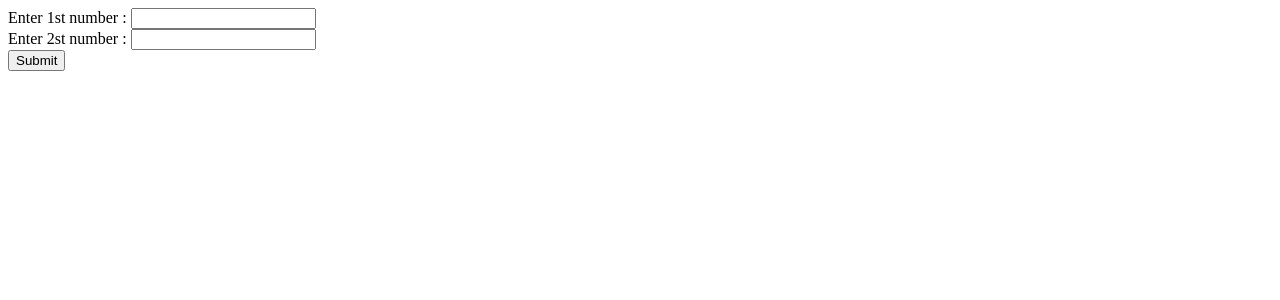
Repository: anupmistry93/ServletJsp
Page: Demo/WebContent/Page.html
These files come from the project's save history. The page is drawn as it stood at one moment and after the next save; the edit follows.
The browser window is 1280 px wide. The pictures show the whole page.

Above is the page before, as saved 2019-05-11 14:51:07.

After the next save:
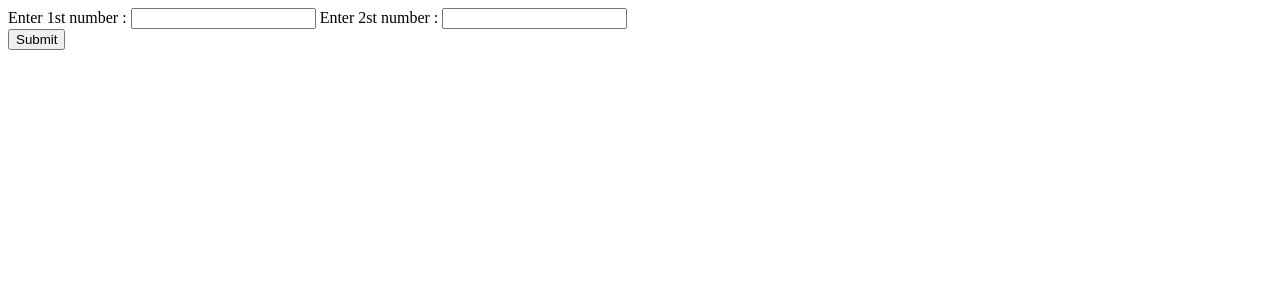
Saved 3 min 49 s later.
--- a/Demo/WebContent/Page.html
+++ b/Demo/WebContent/Page.html
@@ -4,7 +4,7 @@
 <body>
   <form action= "add" method = "post">
 
-     Enter 1st number : <input type ="text" name="num1"><br>
+     Enter 1st number : <input type ="text" name="num1">
      Enter 2st number : <input type ="text" name="num2"><br>
       <input type= "Submit">
   </form>

After the save that followed:
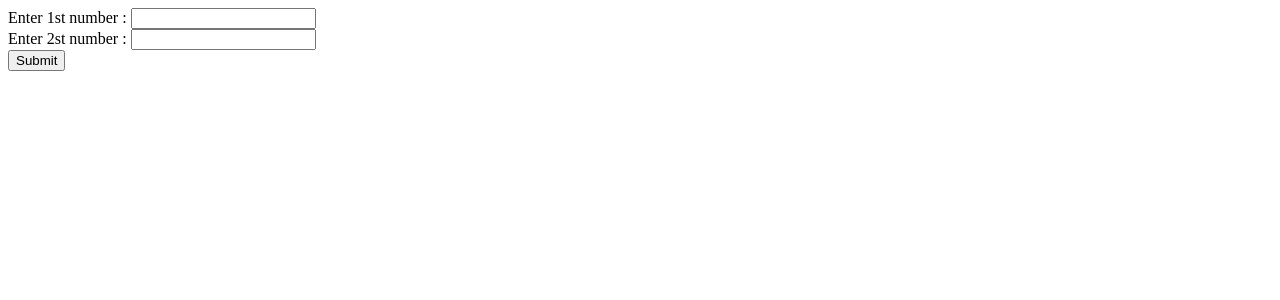
Saved 34 s later.
--- a/Demo/WebContent/Page.html
+++ b/Demo/WebContent/Page.html
@@ -4,7 +4,7 @@
 <body>
   <form action= "add" method = "post">
 
-     Enter 1st number : <input type ="text" name="num1">
+     Enter 1st number : <input type ="text" name="num1"> </input><br>
      Enter 2st number : <input type ="text" name="num2"><br>
       <input type= "Submit">
   </form>
